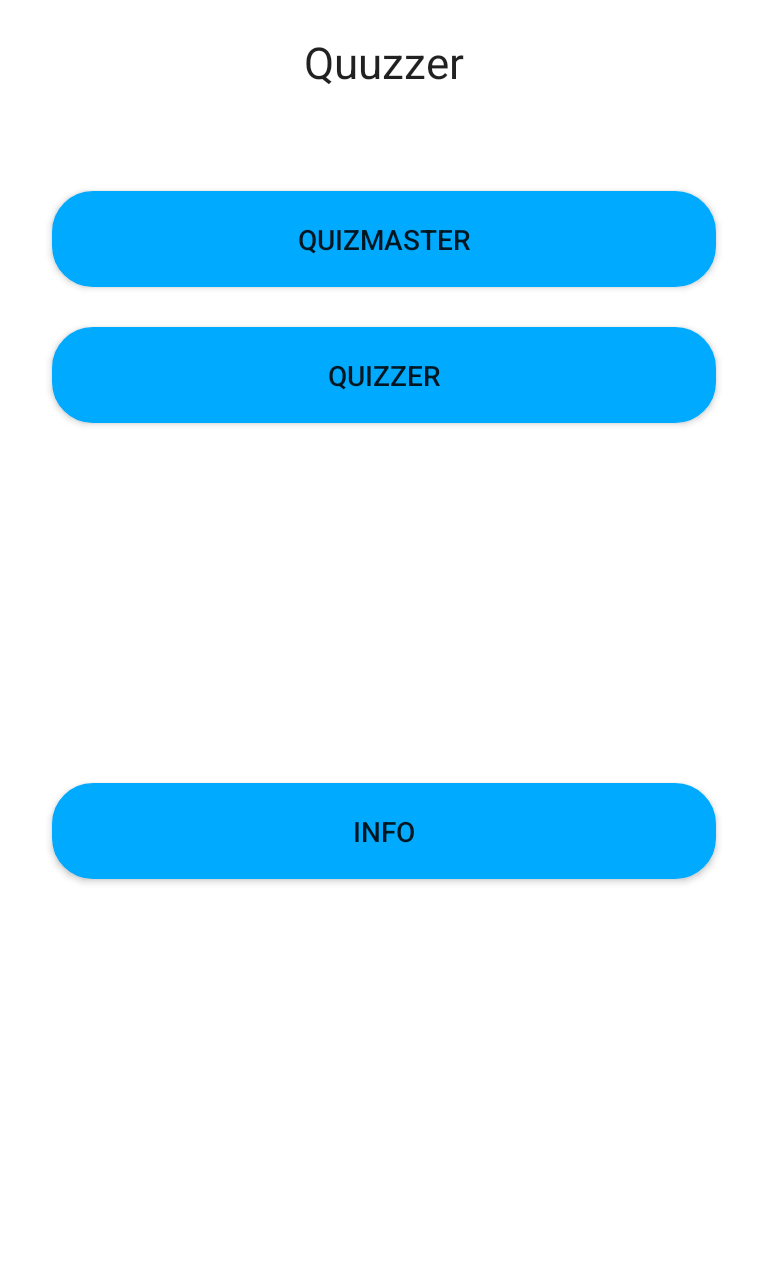
Repository: LosKartoflos/quuzzer
Layout: quuzzer/res/layout/selection_quizmaster.xml
These files come from the project's save history. The layout is drawn as it stood at one moment and after the next save; the edit follows.
It is drawn on a 768 x 1280 px phone screen (xhdpi) without system bars, with theme AppTheme; the app's code is not run.

Above is the layout before, as saved 2014-09-17 13:42:40.

After the next save:
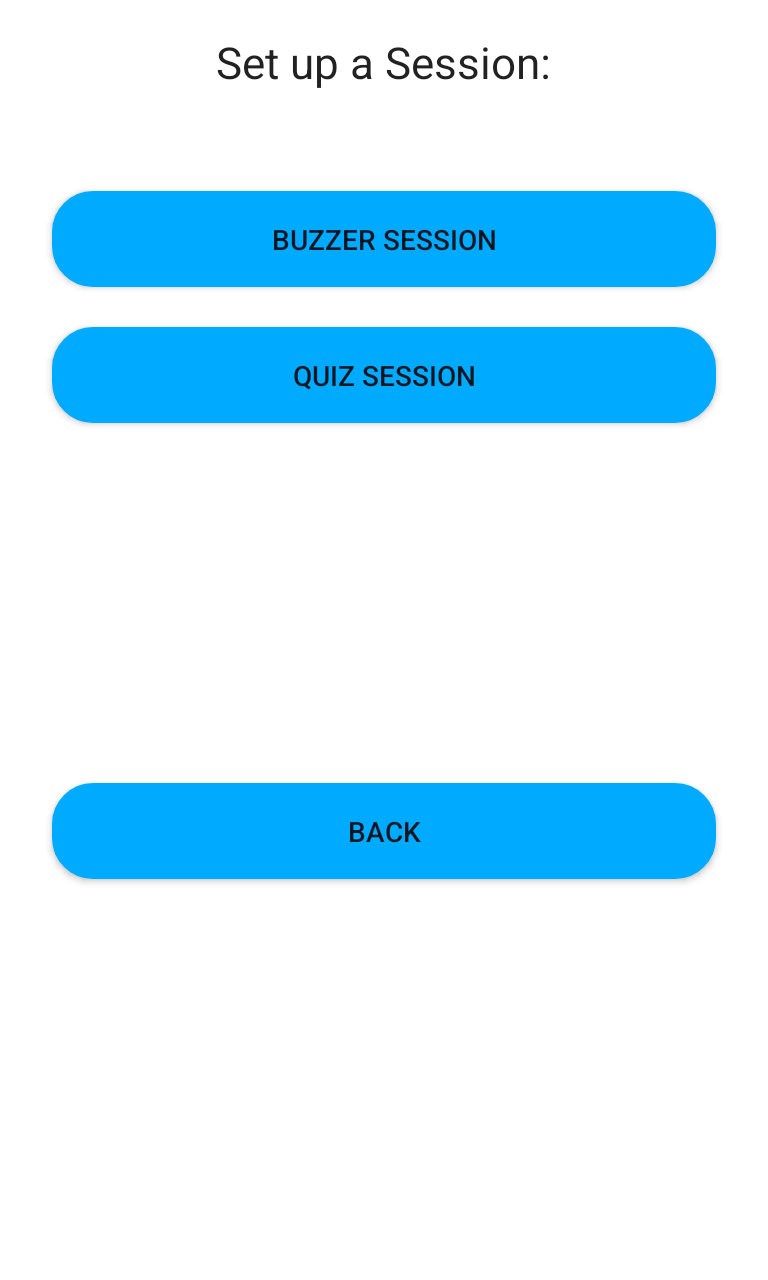
Saved 6 min 10 s later.
--- a/quuzzer/res/layout/selection_quizmaster.xml
+++ b/quuzzer/res/layout/selection_quizmaster.xml
@@ -21,8 +21,8 @@
             android:layout_width="wrap_content"
             android:layout_height="wrap_content"
             android:layout_alignParentTop="true"
-            android:text="Quuzzer"
             android:layout_gravity="center_horizontal"
+            android:text="Set up a Session:"
             android:textAppearance="?android:attr/textAppearanceLarge" />
 
         <LinearLayout
@@ -36,32 +36,30 @@
 
             <Button
                 android:id="@+id/button_quizmaster_mainactivity"
+                style="@style/buttonStyle"
                 android:layout_width="fill_parent"
                 android:layout_height="wrap_content"
-                android:text="Quizmaster"
                 android:background="@drawable/custombutton"
-                style="@style/buttonStyle"
-                />
+                android:text="Buzzer Session" />
 
             <Button
                 android:id="@+id/button_quizzzer_mainactivity"
+                style="@style/buttonStyle"
                 android:layout_width="fill_parent"
                 android:layout_height="wrap_content"
-                android:text="Quizzer"
                 android:background="@drawable/custombutton"
-                style="@style/buttonStyle"/>
+                android:text="Quiz Session" />
 
         </LinearLayout>
 
         <Button
             android:id="@+id/button_info_mainactivity"
+            style="@style/buttonStyle"
             android:layout_width="fill_parent"
             android:layout_height="wrap_content"
-            android:text="Info"
             android:layout_gravity="end"
             android:background="@drawable/custombutton"
-            style="@style/buttonStyle"
-            />
+            android:text="Back" />
 
     </LinearLayout>
 
